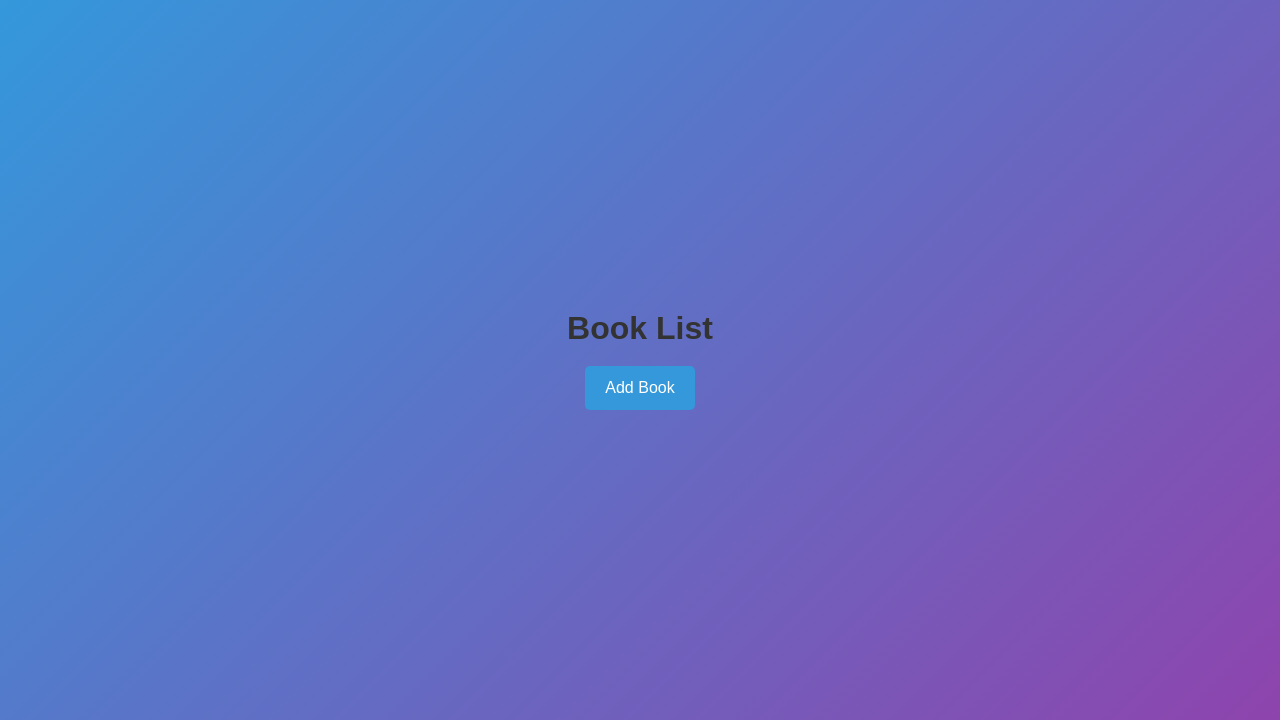
Repository: KanmegneTabouguie/librarymanagement
Page: / (app in frontend/library-frontend/)
These files come from the project's save history. The page is drawn as it stood at one moment and after the next save; the edit follows.
The browser window is 1280 px wide. The pictures show the whole page.
The page's requests for data from a server got no answer. The project was rebuilt for these pictures with package versions that can differ from the ones it lists, and the page was loaded fresh each time. No one was signed in, and anything a server would have sent is missing. Also part of the build but not shown: frontend/library-frontend/vite.config.js, frontend/library-frontend/src/components/AddBook.jsx, frontend/library-frontend/src/components/UpdateBook.jsx, frontend/library-frontend/src/components/PublishBook.jsx.

Above is the page before, as saved 2024-02-29 11:24:50.

After the next save:
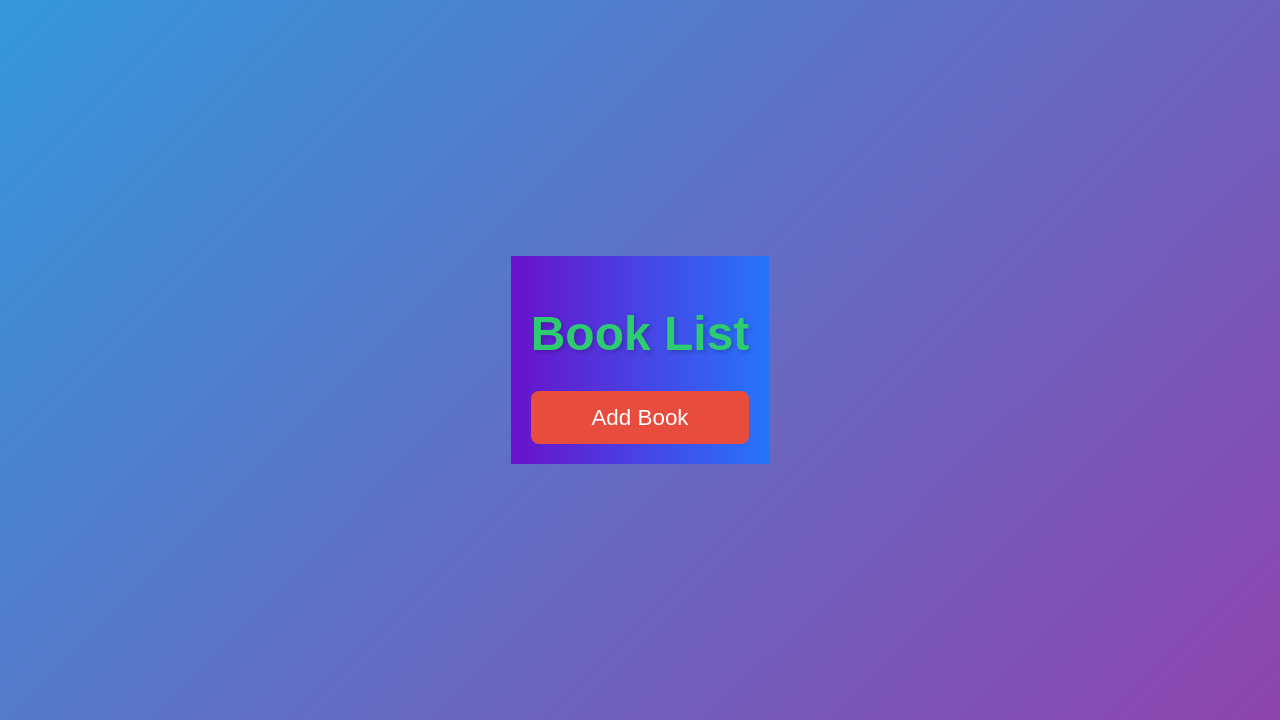
Saved 14 s later.
--- a/frontend/library-frontend/src/components/BookList.jsx
+++ b/frontend/library-frontend/src/components/BookList.jsx
@@ -1,90 +1,10 @@
+// src/components/BookList.js
 // eslint-disable-next-line no-unused-vars
 import React, { useState, useEffect } from 'react';
 import axios from 'axios';
 import { Link } from 'react-router-dom';
-import styled from 'styled-components';
+import BookListStyles from './BookListStyles';
 
-// Styled components
-const Container = styled.div`
-  display: flex;
-  flex-direction: column;
-  align-items: center;
-  padding: 20px;
-`;
-
-const Heading = styled.h1`
-  font-size: 2em;
-  margin-bottom: 20px;
-  color: #333;
-`;
-
-const ActionLink = styled(Link)`
-  text-decoration: none;
-  color: #fff;
-  background-color: #3498db;
-  padding: 10px 20px;
-  border-radius: 5px;
-  margin-bottom: 20px;
-  transition: background-color 0.3s ease;
-
-  &:hover {
-    background-color: #2980b9;
-  }
-`;
-
-const BookContainer = styled.div`
-  display: flex;
-  flex-wrap: wrap;
-  justify-content: center;
-`;
-
-const BookStyle = styled.div`
-  background-color: ${(props) => props.color};
-  border-radius: 8px;
-  padding: 20px;
-  margin: 10px;
-  text-align: center;
-  width: 250px;
-  transition: transform 0.3s ease;
-
-  &:hover {
-    transform: scale(1.05);
-  }
-`;
-
-const Title = styled.h3`
-  font-size: 1.5em;
-  margin-bottom: 10px;
-`;
-
-const Author = styled.p`
-  color: #555;
-`;
-
-const ButtonContainer = styled.div`
-  margin-top: 10px;
-`;
-
-const UpdateLink = styled(Link)`
-  text-decoration: none;
-  color: #2ecc71;
-  margin-right: 10px;
-`;
-
-const DeleteButton = styled.button`
-  color: #e74c3c;
-  background-color: transparent;
-  border: none;
-  cursor: pointer;
-  margin-right: 10px;
-`;
-
-const PublishLink = styled(Link)`
-  text-decoration: none;
-  color: #f39c12;
-`;
-
-// Component
 const BookList = () => {
   const [books, setBooks] = useState([]);
 
@@ -98,6 +18,7 @@ const BookList = () => {
     try {
       await axios.delete(`http://localhost:3017/books/${bookId}`);
       console.log('Book deleted');
+      // Update the state to reflect the deletion
       setBooks(prevBooks => prevBooks.filter(book => book._id !== bookId));
     } catch (error) {
       console.error('Error deleting book:', error);
@@ -105,27 +26,28 @@ const BookList = () => {
   };
 
   return (
-    <Container>
-      <Heading>Book List</Heading>
-      <ActionLink to="/add">Add Book</ActionLink>
-      <BookContainer>
+    <div style={BookListStyles.container}>
+      <h1 style={BookListStyles.headingStyle}>Book List</h1>
+      <Link to="/add" style={BookListStyles.actionLinkStyle}>Add Book</Link>
+      <div style={BookListStyles.bookContainer}>
         {books.map(book => (
-          <BookStyle key={book._id} color={getRandomColor()}>
-            <Title>{book.title}</Title>
-            <Author>Author: {book.author}</Author>
-            <p>Availability: {book.available ? 'Available' : 'Not Available'}</p>
-            <ButtonContainer>
-              <UpdateLink to={`/update/${book._id}`}>Update</UpdateLink>
-              <DeleteButton onClick={() => handleDeleteBook(book._id)}>Delete</DeleteButton>
-              <PublishLink to={`/publish/${book._id}`}>Publish</PublishLink>
-            </ButtonContainer>
-          </BookStyle>
+          <div key={book._id} style={{ ...BookListStyles.bookStyle, backgroundColor: getRandomColor() }}>
+            <h3 style={BookListStyles.titleStyle}>{book.title}</h3>
+            <p style={BookListStyles.authorStyle}>Author: {book.author}</p>
+            <p>Availability: {book.available ? 'Available' : 'Not Available'}</p> {/* Display availability status */}
+            <div style={BookListStyles.buttonContainer}>
+              <Link to={`/update/${book._id}`} style={BookListStyles.updateLinkStyle}>Update</Link>
+              <button onClick={() => handleDeleteBook(book._id)} style={BookListStyles.deleteButtonStyle}>Delete</button>
+              <Link to={`/publish/${book._id}`} style={BookListStyles.publishLinkStyle}>Publish</Link>
+            </div>
+          </div>
         ))}
-      </BookContainer>
-    </Container>
+      </div>
+    </div>
   );
 };
 
+// Function to generate a random color
 const getRandomColor = () => {
   const letters = '456789ABCDEF';
   let color = '#';
